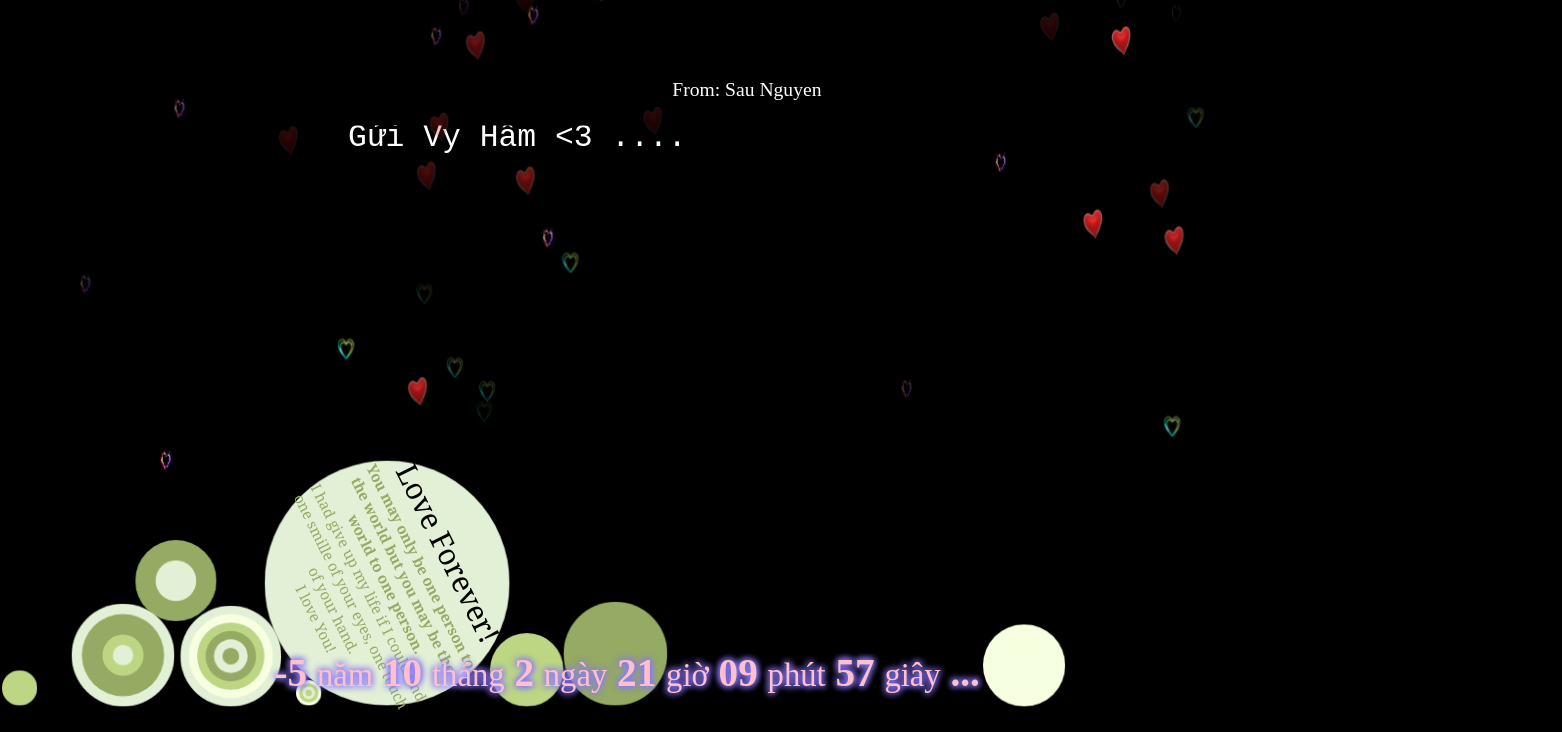
Repository: saunptit97/hpbdmon
Page: index.html
These files come from the project's save history. The page is drawn as it stood at one moment and after the next save; the edit follows.
The browser window is 1280 px wide. The page is 1594 px wide, so the pictures cover 1594 px, including what lies to the right of the window. The pictures show the whole page, at 98% of full size.

Above is the page before, as saved 2022-11-12 20:45:57.
Console error: TypeError: $(...).play is not a function
Not found: bg.jpg

After the next save:
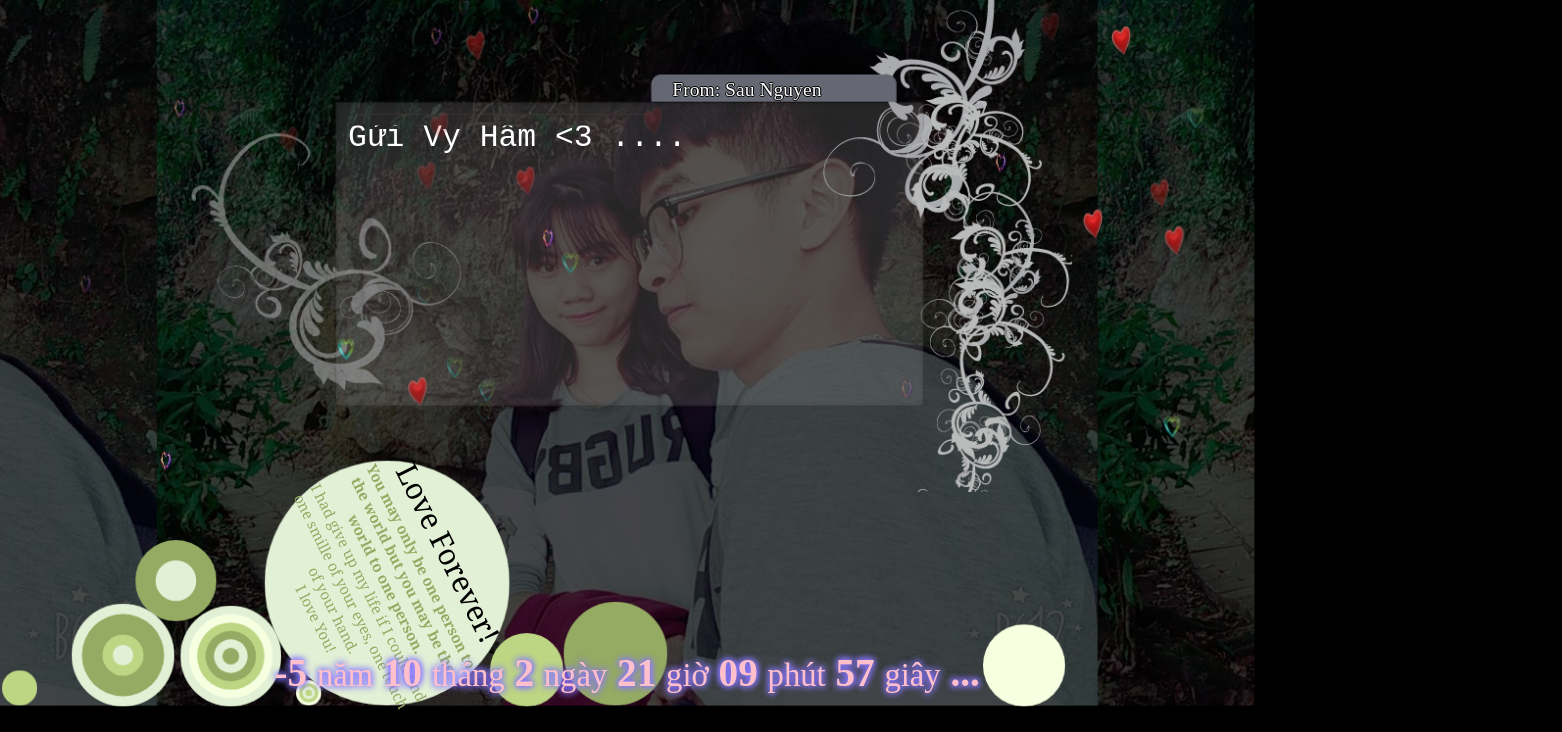
Saved 28 s later.
--- a/style.css
+++ b/style.css
@@ -9,7 +9,7 @@ body
 
 body:before{
     overflow: hidden;
-    background-image: url('bg.jpg');
+    background-image: url('background.jpg');
     background-position: top center;
     content: "";
     display: block;
@@ -54,7 +54,7 @@ body:before{
     clear:both;
     margin-left: auto;
     margin-right: auto;
-    background-image: url('bg.jpg');
+    background-image: url('bgcontent.png');
     background-position: top center;
     background-repeat: no-repeat;
 
